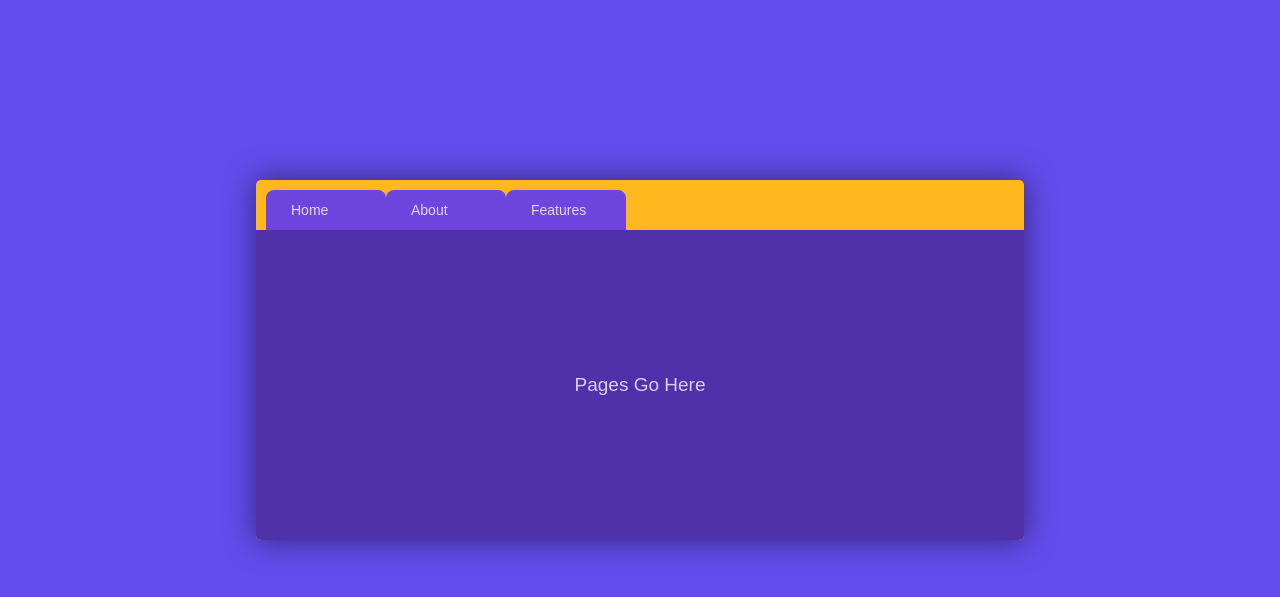
Repository: realistmccoy/browsertab
Page: /
An editor plug-in stored every save of this project. The page is shown before and after a run of saves, followed by the edit.
The browser window is 1280 px wide. The pictures show the whole page.
The project was rebuilt for these pictures with package versions that can differ from the ones it lists, and the page was loaded fresh each time.

Above is the page before, as saved 2020-12-21 18:22:14.

### src/App.js
import React from 'react';
import './App.css';

function App() {
	return (
		<div className='app'>
			<div className='browser'>
				<div className='tabs'>
					<div className='tab'>
						<div className='highlight' />
						<a>Home</a>
					</div>
					<div className='tab'>
						<a>About</a>
					</div>
					<div className='tab'>
						<a>Features</a>
					</div>
				</div>

				<div className='viewport'>Pages Go Here</div>
			</div>
		</div>
	);
}

export default App;

### src/App.css
* {
  box-sizing: border-box;
}

body {
  font-family: Arial, Helvetica, sans-serif;
  font-size: 19px;
  margin: 0;
  padding: 0;
}

.app {
  display: flex;
  align-items: center;
  justify-content: center;
  background: #634cec;
  min-height: 100vh;
}

.browser {
  display: flex;
  flex-direction: column;
  background: #ffb91f;
  border-radius: 5px;
  box-shadow: 0 0 30px rgba(0, 0, 0, 0.5);
  min-width: 60%;
  min-height: 50vh;
}

.tabs {
  flex-shrink: 1;
  padding-left: 10px;
  padding-right: 10px;
  display: flex;
  padding-top: 10px;
}

.tab {
  position: relative;
  background: #6e45df;
  min-width: 120px;
  font-size: 14px;
  border-top-left-radius: 8px;
  border-top-right-radius: 8px;
  transition: 0.3s ease all;
  overflow: hidden;
  cursor: pointer;
}

.tab a {
  display: block;
  padding: 12px 25px;
  color: #e1daf5;
  text-decoration: none;
}

.tab a.is-active {
  background: #5131a9;
  color: #eee;
}

.address-bar {
  background: #5533b3;
  padding: 8px;
}

.address-bar input {
  background: #3a2081;
  color: #eee;
  border-radius: 20px;
  border: none;
  outline: none;
  width: 100%;
  padding: 8px 20px;
  font-size: 18px;
}

.viewport {
  display: flex;
  align-items: center;
  justify-content: center;
  background: #5131a9;
  color: #dacff7;
  flex: 1;
  flex-grow: 1;
  border-bottom-left-radius: 5px;
  border-bottom-right-radius: 5px;
}

/**
 * Add your highlight code here
 */

 .highlight {
   display: block;
   position: ;
 }

Loaded but not shown: public/index.html (common file); src/index.js (common file)

After the next 8 saves:
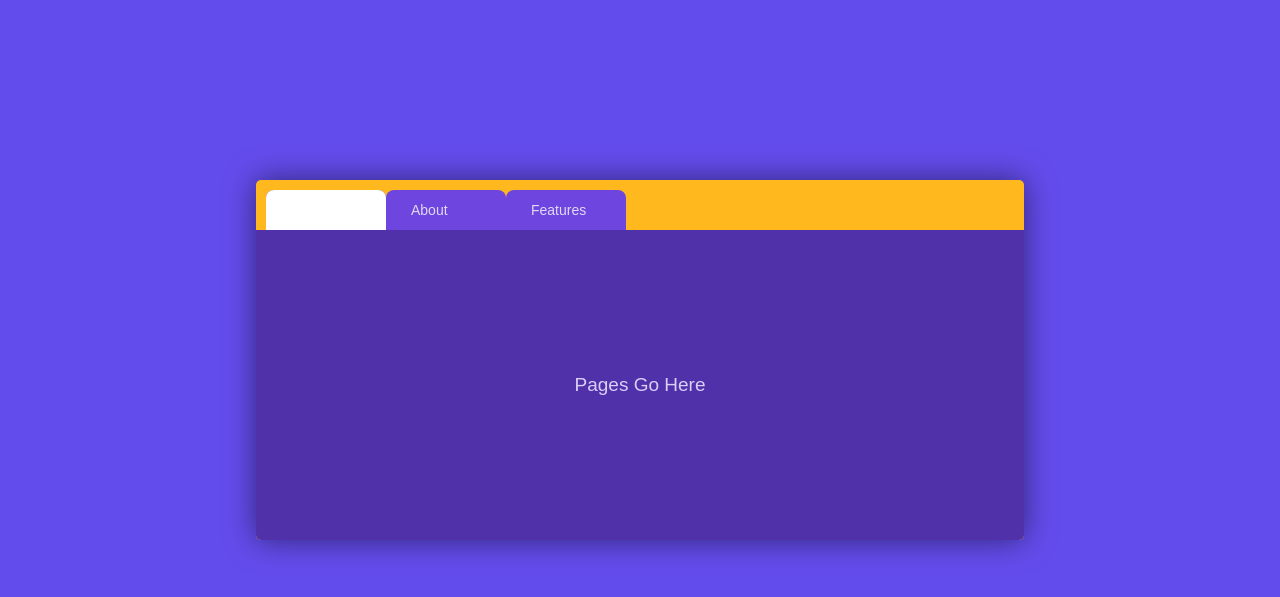
The 8 saves are shown as one change because they came seconds apart.
The last was saved 18 s later.
--- a/src/App.css
+++ b/src/App.css
@@ -1,97 +1,100 @@
 * {
-  box-sizing: border-box;
+	box-sizing: border-box;
 }
 
 body {
-  font-family: Arial, Helvetica, sans-serif;
-  font-size: 19px;
-  margin: 0;
-  padding: 0;
+	font-family: Arial, Helvetica, sans-serif;
+	font-size: 19px;
+	margin: 0;
+	padding: 0;
 }
 
 .app {
-  display: flex;
-  align-items: center;
-  justify-content: center;
-  background: #634cec;
-  min-height: 100vh;
+	display: flex;
+	align-items: center;
+	justify-content: center;
+	background: #634cec;
+	min-height: 100vh;
 }
 
 .browser {
-  display: flex;
-  flex-direction: column;
-  background: #ffb91f;
-  border-radius: 5px;
-  box-shadow: 0 0 30px rgba(0, 0, 0, 0.5);
-  min-width: 60%;
-  min-height: 50vh;
+	display: flex;
+	flex-direction: column;
+	background: #ffb91f;
+	border-radius: 5px;
+	box-shadow: 0 0 30px rgba(0, 0, 0, 0.5);
+	min-width: 60%;
+	min-height: 50vh;
 }
 
 .tabs {
-  flex-shrink: 1;
-  padding-left: 10px;
-  padding-right: 10px;
-  display: flex;
-  padding-top: 10px;
+	flex-shrink: 1;
+	padding-left: 10px;
+	padding-right: 10px;
+	display: flex;
+	padding-top: 10px;
 }
 
 .tab {
-  position: relative;
-  background: #6e45df;
-  min-width: 120px;
-  font-size: 14px;
-  border-top-left-radius: 8px;
-  border-top-right-radius: 8px;
-  transition: 0.3s ease all;
-  overflow: hidden;
-  cursor: pointer;
+	position: relative;
+	background: #6e45df;
+	min-width: 120px;
+	font-size: 14px;
+	border-top-left-radius: 8px;
+	border-top-right-radius: 8px;
+	transition: 0.3s ease all;
+	overflow: hidden;
+	cursor: pointer;
 }
 
 .tab a {
-  display: block;
-  padding: 12px 25px;
-  color: #e1daf5;
-  text-decoration: none;
+	display: block;
+	padding: 12px 25px;
+	color: #e1daf5;
+	text-decoration: none;
 }
 
 .tab a.is-active {
-  background: #5131a9;
-  color: #eee;
+	background: #5131a9;
+	color: #eee;
 }
 
 .address-bar {
-  background: #5533b3;
-  padding: 8px;
+	background: #5533b3;
+	padding: 8px;
 }
 
 .address-bar input {
-  background: #3a2081;
-  color: #eee;
-  border-radius: 20px;
-  border: none;
-  outline: none;
-  width: 100%;
-  padding: 8px 20px;
-  font-size: 18px;
+	background: #3a2081;
+	color: #eee;
+	border-radius: 20px;
+	border: none;
+	outline: none;
+	width: 100%;
+	padding: 8px 20px;
+	font-size: 18px;
 }
 
 .viewport {
-  display: flex;
-  align-items: center;
-  justify-content: center;
-  background: #5131a9;
-  color: #dacff7;
-  flex: 1;
-  flex-grow: 1;
-  border-bottom-left-radius: 5px;
-  border-bottom-right-radius: 5px;
+	display: flex;
+	align-items: center;
+	justify-content: center;
+	background: #5131a9;
+	color: #dacff7;
+	flex: 1;
+	flex-grow: 1;
+	border-bottom-left-radius: 5px;
+	border-bottom-right-radius: 5px;
 }
 
 /**
  * Add your highlight code here
  */
 
- .highlight {
-   display: block;
-   position: ;
- }
+.highlight {
+	display: block;
+	position: absolute;
+	height: 80px;
+	width: 300px;
+	background: white;
+}
